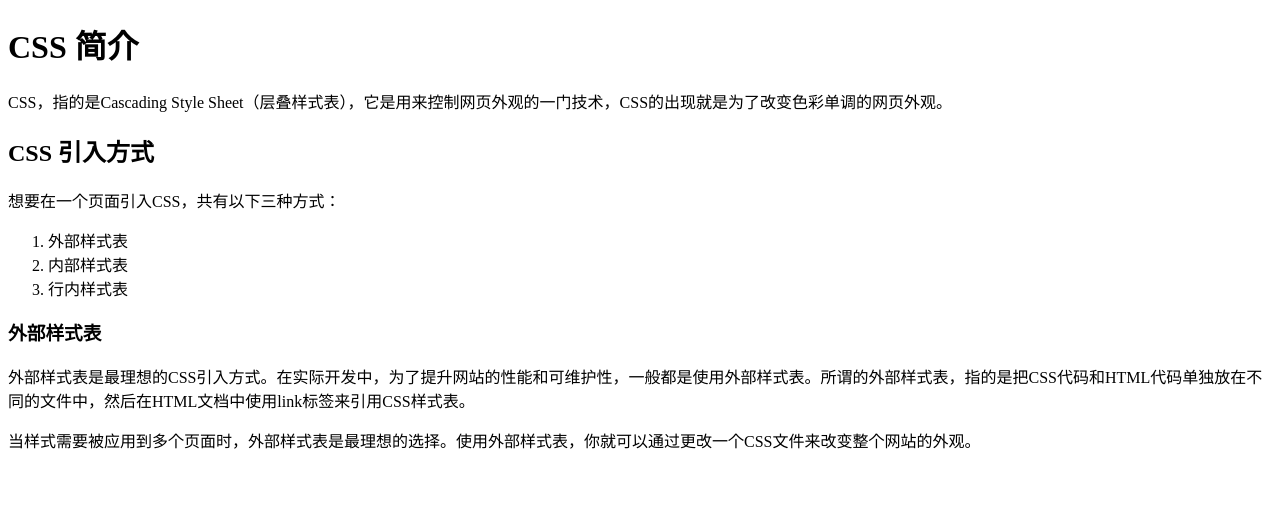
Repository: liang-n/front-end-basics
Page: 11-CSS简介.html
The author's editor kept a copy of each file at every save. The page is drawn from the files as they stood at one save, then again after a run of saves.
The browser window is 1280 px wide. The pictures show the whole page.

Above is the page before, as saved 2022-05-15 20:38:23.

After the next 5 saves:
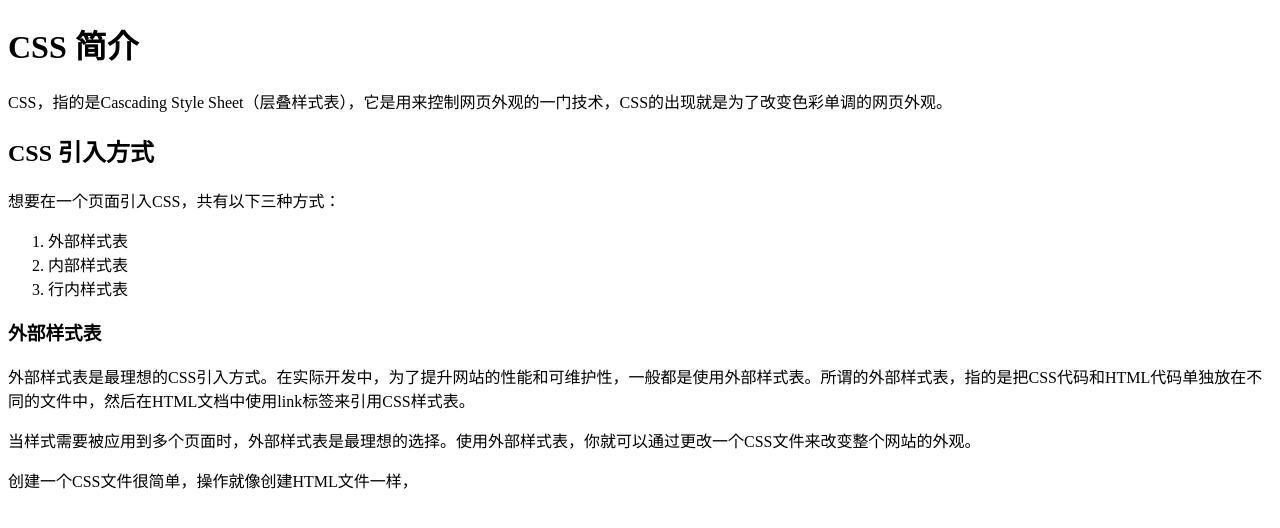
The 5 saves are shown as one change because they came seconds apart.
The last was saved 18 s later.
--- a/11-CSS简介.html
+++ b/11-CSS简介.html
@@ -23,7 +23,7 @@
 
     <p>外部样式表是最理想的CSS引入方式。在实际开发中，为了提升网站的性能和可维护性，一般都是使用外部样式表。所谓的外部样式表，指的是把CSS代码和HTML代码单独放在不同的文件中，然后在HTML文档中使用link标签来引用CSS样式表。</p>
     <p>当样式需要被应用到多个页面时，外部样式表是最理想的选择。使用外部样式表，你就可以通过更改一个CSS文件来改变整个网站的外观。</p>
-
+    <p>创建一个CSS文件很简单，操作就像创建HTML文件一样，</p>
 </body>
 
 </html>
